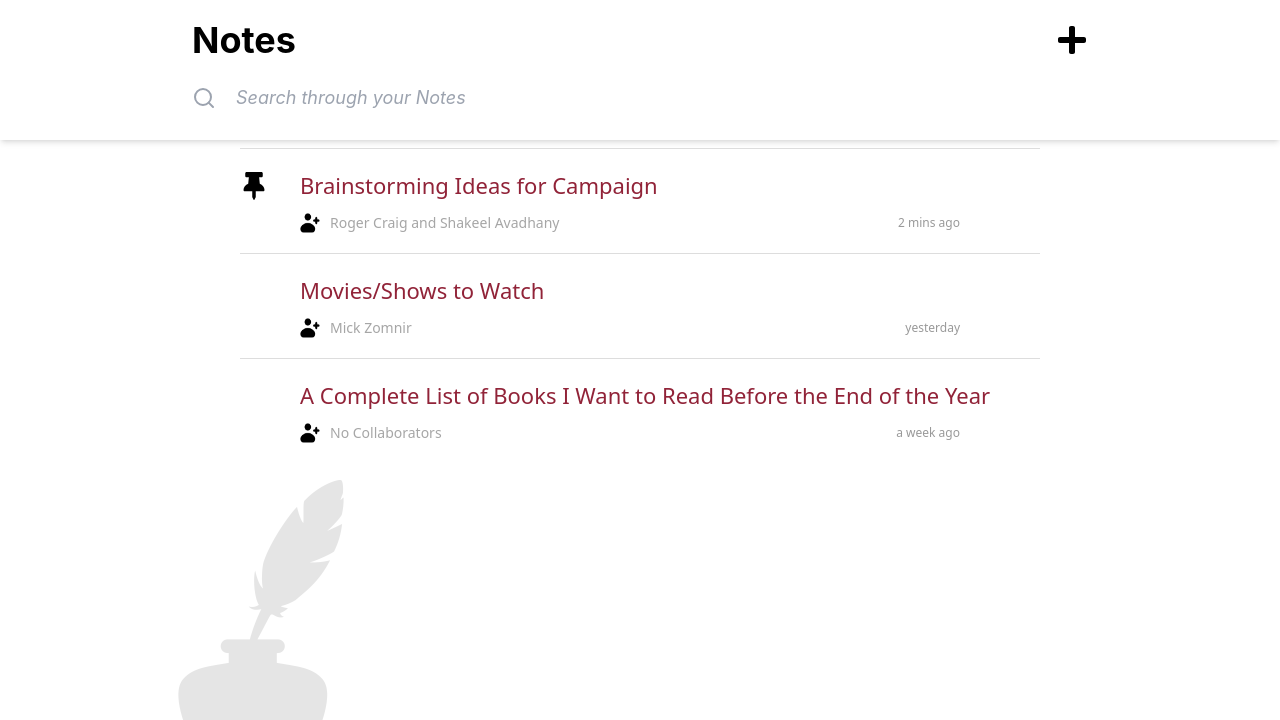
Repository: shabiasaeed/Notes-app
Page: /
The author's editor kept a copy of each file at every save. The page is drawn from the files as they stood at one save, then again after the next save.
The browser window is 1280 px wide. The pictures show the whole page.
The project was rebuilt for these pictures with package versions that can differ from the ones it lists, and the page was loaded fresh each time. Also part of the build but not shown: src/components/Header.css, src/App.css.

Above is the page before, as saved 2025-01-01 18:22:58.

After the next save:
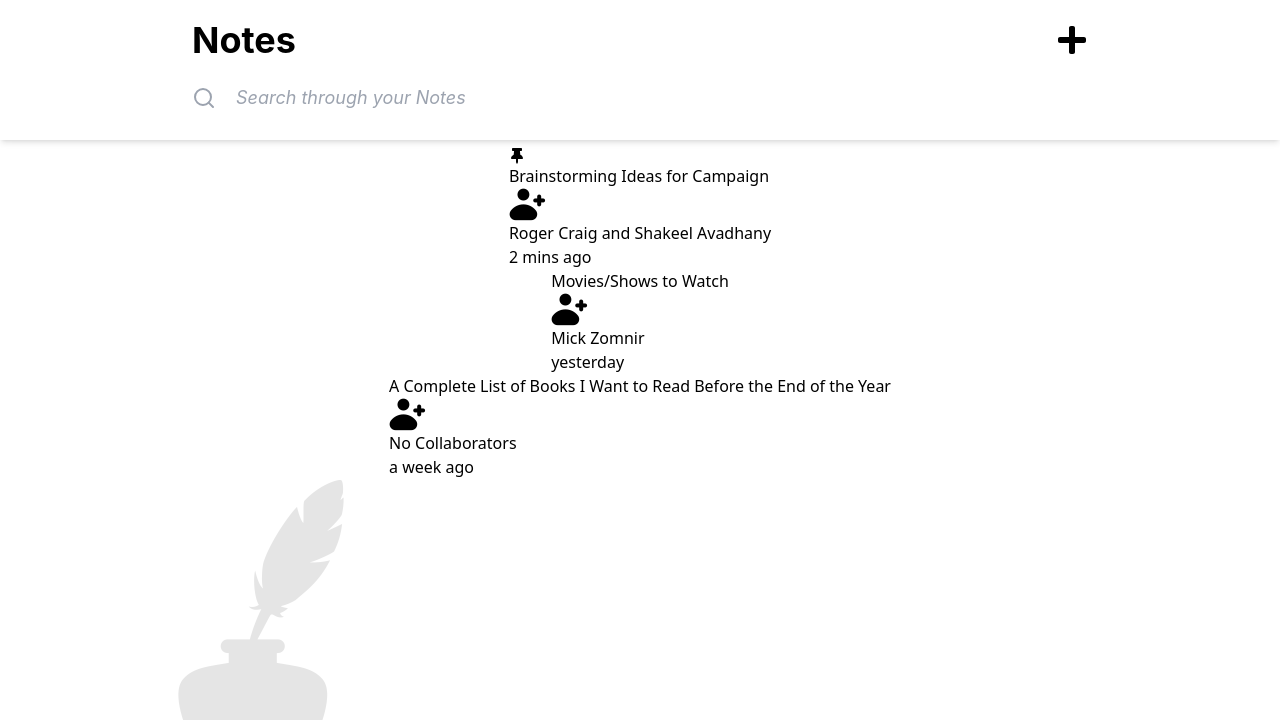
Saved 28 s later.
--- a/src/components/Note.css
+++ b/src/components/Note.css
@@ -1,5 +1,5 @@
 /* Styling for notes */
-.note {
+/* .note {
     padding: 20px;
     border-top: 1px solid #ddd;
     position: relative;
@@ -55,11 +55,11 @@
     font-size: 12px;
     color: #999;
     margin-right: 60px;
-}
+} */
 
 /* Styling for delete icon */
-.delete-icon {
+/* .delete-icon {
     cursor: pointer;
     position: absolute;
     right: 10px;
-}
+} */
